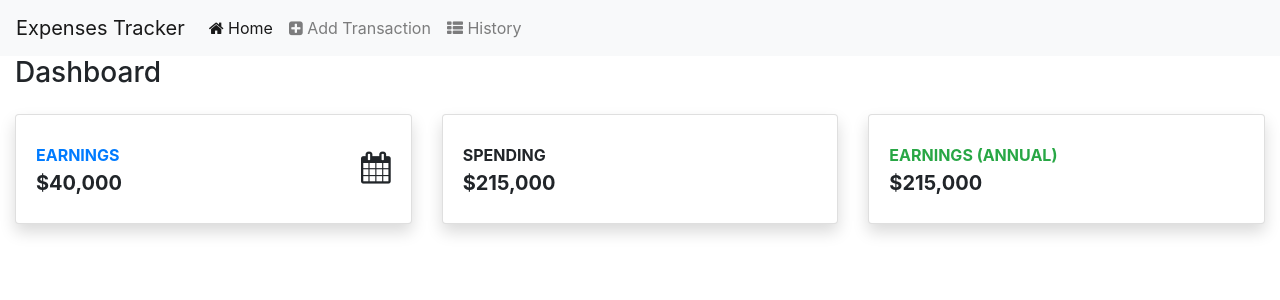
Repository: yucheng91/CI3-expenses-manager
Page: http://localhost/home
The author's editor kept a record of every edit. The page is drawn from the files as they stood at one moment, then again after the next edit.
The browser window is 1280 px wide. The pictures show the whole page.
The page is served by the project's application, run on Flask 3 (app.py). The database holds what the project's SQL file puts in it.

Above is the page before.

### templates/index.html
<!doctype html>
<html lang="en">

<head>
    <!-- Required meta tags -->
    <meta charset="utf-8">
    <meta name="viewport" content="width=device-width, initial-scale=1, shrink-to-fit=no">

    <!-- Bootstrap CSS -->
    <link rel="stylesheet" href="https://cdnjs.cloudflare.com/ajax/libs/font-awesome/4.7.0/css/font-awesome.css">
    <link rel="stylesheet" href="https://stackpath.bootstrapcdn.com/bootstrap/4.3.1/css/bootstrap.min.css" integrity="sha384-ggOyR0iXCbMQv3Xipma34MD+dH/1fQ784/j6cY/iJTQUOhcWr7x9JvoRxT2MZw1T" crossorigin="anonymous">
    <link rel="stylesheet" href="{{ url_for('static', filename='css/style.css') }}">

    <title>Hello, world!</title>
</head>

<body>
    <!--nav bar-->
    <nav class="navbar navbar-expand-sm navbar-light bg-light fixed-top">
  <a class="navbar-brand" href="#">Expenses Tracker</a>
  <button class="navbar-toggler" type="button" data-toggle="collapse" data-target="#navbarNav" aria-controls="navbarNav" aria-expanded="false" aria-label="Toggle navigation">
    <span class="navbar-toggler-icon"></span>
  </button>
  <div class="collapse navbar-collapse" id="navbarNav">
    <ul class="navbar-nav">
      <li class="nav-item active">
        <a class="nav-link" href="{{ url_for('home') }}"><i class="fa fa-home" aria-hidden="true"></i> Home</a>
      </li>
      <li class="nav-item">
        <a class="nav-link" href="{{ url_for('addtransaction') }}"><i class="fa fa-plus-square" aria-hidden="true"></i> Add Transaction</a>
      </li>
      <li class="nav-item">
        <a class="nav-link" href="{{ url_for('viewall') }}"><i class="fa fa-th-list" aria-hidden="true"></i> History</a>
      </li>
    </ul>
  </div>
    </nav>
    <!--end nav-->

<div id="content">
          <!-- Begin Page Content -->
        <div class="container-fluid">

          <!-- Page Heading -->
          <div class="d-sm-flex align-items-center justify-content-between mb-4">
            <h1 class="h3 mb-0 text-gray-800">Dashboard</h1>
          </div>

          <!-- Content Row -->
          <div class="row">

            <!-- Earnings (Monthly) Card Example -->
            <div class="col-xl-4 col-md-6 mb-4">
              <div class="card border-left-primary shadow h-100 py-2">
                <div class="card-body">
                  <div class="row no-gutters align-items-center">
                    <div class="col mr-2">
                      <div class="text-xs font-weight-bold text-primary text-uppercase mb-1">Earnings</div>
                      <div class="h5 mb-0 font-weight-bold text-gray-800">$40,000</div>
                    </div>
                    <div class="col-auto">
                      <i class="fa fa-calendar fa-2x text-gray-300"></i>
                    </div>
                  </div>
                </div>
              </div>
            </div>

            <!-- Earnings (Monthly) Card Example -->
            <div class="col-xl-4 col-md-6 mb-4">
              <div class="card border-left-warning shadow h-100 py-2">
                <div class="card-body">
                  <div class="row no-gutters align-items-center">
                    <div class="col mr-2">
                      <div class="text-xs font-weight-bold text-warnings text-uppercase mb-1">Spending</div>
                      <div class="h5 mb-0 font-weight-bold text-gray-800">$215,000</div>
                    </div>
                    <div class="col-auto">
                      <i class="fa fa-dollar-sign fa-2x text-gray-300"></i>
                    </div>
                  </div>
                </div>
              </div>
            </div>

            <!-- Earnings (Monthly) Card Example -->
            <div class="col-xl-4 col-md-6 mb-4">
              <div class="card border-left-success shadow h-100 py-2">
                <div class="card-body">
                  <div class="row no-gutters align-items-center">
                    <div class="col mr-2">
                      <div class="text-xs font-weight-bold text-success text-uppercase mb-1">Earnings (Annual)</div>
                      <div class="h5 mb-0 font-weight-bold text-gray-800">$215,000</div>
                    </div>
                    <div class="col-auto">
                      <i class="fa fa-dollar-sign fa-2x text-gray-300"></i>
                    </div>
                  </div>
                </div>
              </div>
            </div>
        <!-- /.container-fluid -->
</div>

    <script src="https://code.jquery.com/jquery-3.3.1.slim.min.js" integrity="sha384-q8i/X+965DzO0rT7abK41JStQIAqVgRVzpbzo5smXKp4YfRvH+8abtTE1Pi6jizo" crossorigin="anonymous"></script>
    <script src="https://cdnjs.cloudflare.com/ajax/libs/popper.js/1.14.7/umd/popper.min.js" integrity="sha384-UO2eT0CpHqdSJQ6hJty5KVphtPhzWj9WO1clHTMGa3JDZwrnQq4sF86dIHNDz0W1" crossorigin="anonymous"></script>
    <script src="https://stackpath.bootstrapcdn.com/bootstrap/4.3.1/js/bootstrap.min.js" integrity="sha384-JjSmVgyd0p3pXB1rRibZUAYoIIy6OrQ6VrjIEaFf/nJGzIxFDsf4x0xIM+B07jRM" crossorigin="anonymous"></script>
</body>

</html>

### app.py
from flask import Flask, render_template, request, redirect, url_for
import os
import pymysql

connection = pymysql.connect(
    host='localhost', # IP address of the database; localhost means "the local machine"
    user="yucheng91",  #the mysql user
    password="coconuty", #the password for the user
    database="expenses" #the name of database we want to use
)

#if PHP doesn't show, perform $ sudo apt-get install --reinstall libapache2-mod-php7.2

app = Flask(__name__)

@app.route('/home')
def home():
    cursor = connection.cursor(pymysql.cursors.DictCursor)
    sql = "SELECT SUM(debit) AS totaldebit FROM transaction"
    cursor.execute(sql)
    totaldebit = cursor.fetchone()

    sql = "SELECT SUM(credit) AS totalcredit FROM transaction"
    cursor.execute(sql)
    totalcredit = cursor.fetchone()

    sql = "SELECT (SELECT SUM(debit) AS sumdebit FROM transaction) - (SELECT SUM(credit) AS sumcredit FROM transaction) AS balance FROM transaction"
    cursor.execute(sql)
    balance = cursor.fetchone()
    return render_template('index.html',totaldebit = totaldebit, totalcredit = totalcredit,balance=balance)

@app.route('/view-all')
def viewall():
    cursor = connection.cursor(pymysql.cursors.DictCursor)
    sql = "SELECT * FROM transaction JOIN categories ON transaction.categoriesid = categories.id JOIN mode ON transaction.modeid = mode.id JOIN account on transaction.accountid = account.id"
    cursor.execute(sql)
    results = []
    for r in cursor:
         results.append(r)

    sql = "SELECT SUM(debit) AS totaldebit FROM transaction"
    cursor.execute(sql)
    totaldebit = cursor.fetchone()

    sql = "SELECT SUM(credit) AS totalcredit FROM transaction"
    cursor.execute(sql)
    totalcredit = cursor.fetchone()

    sql = "SELECT (SELECT SUM(debit) AS sumdebit FROM transaction) - (SELECT SUM(credit) AS sumcredit FROM transaction) AS balance FROM transaction"
    cursor.execute(sql)
    balance = cursor.fetchone()

    return render_template('transaction_overview.html', data=results,totaldebit = totaldebit, totalcredit = totalcredit,balance=balance)

@app.route('/new-transaction/', methods=["GET"])
def addtransaction():

    cursor = connection.cursor(pymysql.cursors.DictCursor)
    sql = "SELECT * FROM mode"
    # fetch all genres and store it in a list
    cursor.execute(sql)
    mode = []
    for r in cursor:
        mode.append({
            'id' : r['id'],
            'name': r['mname']
        })

    # fetch all media type and store it in a list
    sql = "SELECT * FROM categories"
    cursor.execute(sql)
    categories = []
    for r in cursor:
        categories.append({
            'id':r['id'],
            'name': r['cname']
        })

    # fetch all media type and store it in a list
    sql = "SELECT * FROM account"
    cursor.execute(sql)
    account = []
    for r in cursor:
        account.append({
            'id':r['id'],
            'name': r['aname']
        })

    sql = "SELECT * FROM tag"
    cursor.execute(sql)
    tag = []
    for r in cursor:
        tag.append({
            'id':r['id'],
            'name': r['tname']
        })

    return render_template('new_transaction.html', mode=mode, categories=categories, account=account, tag=tag)

@app.route('/new-transaction/', methods=["POST"])
def process_addtransaction():
    transaction_name = request.form.get("transaction")
    category_name = request.form.get("category")
    mode_name = request.form.get("mode")
    by_name = request.form.get("by")
    debit_name = request.form.get("debit")
    if request.form.get("debit") == "":
        debit_name = "0"

    credit_name = request.form.get("credit")
    if request.form.get("credit") == "":
        credit_name = "0"

    cursor = connection.cursor(pymysql.cursors.DictCursor)

    sql = "INSERT INTO transaction (description,categoriesid,modeid,accountid,debit,credit) VALUE (%s,%s,%s,%s,%s,%s)"
    cursor.execute(sql,[transaction_name,category_name,mode_name,by_name,debit_name,credit_name])

    transactionid = cursor.lastrowid
    tagid = request.form.getlist("tag")
    for t in tagid:
        sql = "INSERT INTO transactiontag (transactionid,tagid) VALUE (%s,%s)"
        cursor.execute(sql,[transactionid,t])

    connection.commit()
    return redirect(url_for('viewall'))

# Edit transaction
@app.route('/view-all/edit/<id>')
def edit_transaction(id):

    cursor = connection.cursor(pymysql.cursors.DictCursor)
    sql = "SELECT * FROM transaction JOIN transactiontag ON transaction.id = transactiontag.transactionid JOIN tag ON transactiontag.tagid = tag.id WHERE transaction.id = {}".format(id)
    cursor.execute(sql)
    transaction = cursor.fetchone()

    sql = "DELETE FROM transactiontag WHERE transactiontag.transactionid = {}".format(id)
    cursor.execute(sql)

    sql = "SELECT * FROM mode"
    cursor.execute(sql)
    mode = []
    for r in cursor:
        mode.append({
            'id' : r['id'],
            'name': r['mname']
        })

    sql = "SELECT * FROM categories"
    cursor.execute(sql)
    categories = []
    for r in cursor:
        categories.append({
            'id':r['id'],
            'name': r['cname']
        })

    sql = "SELECT * FROM account"
    cursor.execute(sql)
    account = []
    for r in cursor:
        account.append({
            'id':r['id'],
            'name': r['aname']
        })

    sql = "SELECT * FROM tag"
    cursor.execute(sql)
    tag = []
    for r in cursor:
        tag.append({
            'id':r['id'],
            'name': r['tname']
        })

    return render_template('edit_transaction.html', transaction = transaction, mode=mode, categories=categories, account=account, tag=tag)

@app.route('/view-all/edit/<id>', methods=['POST'])
def update_transaction(id):
    transaction_name = request.form.get("transaction")
    category_name = request.form.get("category")
    mode_name = request.form.get("mode")
    by_name = request.form.get("by")
    debit_name = request.form.get("debit")
    if request.form.get("debit") == "":
        debit_name = "0"

    credit_name = request.form.get("credit")
    if request.form.get("credit") == "":
        credit_name = "0"

    cursor = connection.cursor(pymysql.cursors.DictCursor)

    cursor.execute("UPDATE transaction SET description = '{}',categoriesid = '{}',modeid = '{}',accountid = '{}',debit = '{}',credit = '{}' WHERE id = {}".format(transaction_name,category_name,mode_name,by_name,debit_name,credit_name,id))

    tagid = request.form.getlist("tag")
    for t in tagid:
        sql = "INSERT INTO transactiontag (transactionid,tagid) VALUE (%s,%s)"
        cursor.execute(sql,[id,t])

    connection.commit()
    return redirect(url_for('viewall'))

@app.route('/view-all/delete/<id>')
def confirm_delete_transaction(id):
    cursor = connection.cursor(pymysql.cursors.DictCursor)
    sql = "SELECT * FROM transaction JOIN categories ON transaction.categoriesid = categories.id JOIN mode ON transaction.modeid = mode.id JOIN account on transaction.accountid = account.id WHERE transaction.id = {}".format(id)
    cursor.execute(sql)
    transaction = cursor.fetchone()

    return render_template('delete_transaction.html', transaction = transaction)

@app.route('/view-all/delete/<id>', methods=['POST'])
def delete_transaction(id):
    cursor = connection.cursor(pymysql.cursors.DictCursor)
    sql = "DELETE FROM transactiontag WHERE transactiontag.transactionid = {}".format(id)
    cursor.execute(sql)

    sql = "DELETE FROM transaction WHERE transaction.id = {}".format(id)
    cursor.execute(sql)

    connection.commit()
    return redirect(url_for('viewall'))

# "magic code" -- boilerplate
if __name__ == '__main__':
    app.run(host=os.environ.get('IP'),
            port=int(os.environ.get('PORT')),
            debug=True)

### static/css/style.css
img {
    width:75%;
    margin-left:auto;
    margin-right:auto;
}

#content {
    padding-top:56px;
}

.btn {
    margin:3px;
}

@media (max-width: 255px){
body {
    font-size:90%;
}
}

@media (max-width: 255px){

#content{
padding-top:96px;
}

body {
    font-size:80%;
}
}

### database.sql (the tables this page reads)
CREATE TABLE `transaction` (
  `id` int(11) NOT NULL AUTO_INCREMENT,
  `description` text CHARACTER SET utf8 NOT NULL,
  `debit` decimal(11,2) DEFAULT '0.00',
  `credit` decimal(11,2) DEFAULT '0.00',
  `createdAt` timestamp NOT NULL DEFAULT CURRENT_TIMESTAMP ON UPDATE CURRENT_TIMESTAMP,
  `accountid` int(11) NOT NULL,
  `categoriesid` int(11) NOT NULL,
  `modeid` int(11) NOT NULL,
  PRIMARY KEY (`id`),
  KEY `accountid` (`accountid`),
  KEY `categoriesid` (`categoriesid`),
  KEY `modeid` (`modeid`),
  CONSTRAINT `transaction_ibfk_1` FOREIGN KEY (`accountid`) REFERENCES `account` (`id`),
  CONSTRAINT `transaction_ibfk_2` FOREIGN KEY (`categoriesid`) REFERENCES `categories` (`id`),
  CONSTRAINT `transaction_ibfk_3` FOREIGN KEY (`modeid`) REFERENCES `mode` (`id`)
) ENGINE=InnoDB AUTO_INCREMENT=19 DEFAULT CHARSET=latin1;

INSERT INTO `transaction` VALUES (1,'Code Institute : Income of the month July 2019',3500.00,0.00,'2019-08-22 07:41:18',1,9,1),(2,'SIM HQ Income of the Month : July 2019',3500.00,0.00,'2019-08-05 04:13:11',2,9,5),(3,'Taxi Taxi',0.00,40.00,'2019-08-23 05:56:58',1,4,3),(13,'Lunch Money for Brother\'s Dew school',0.00,40.00,'2019-08-20 08:15:28',1,3,1),(14,'RWS Day trip',0.00,154.00,'2019-08-20 08:17:02',2,7,3),(15,'New backpack',0.00,0.00,'2019-08-26 07:39:22',1,1,1),(16,'Test tag 1',0.00,10.00,'2019-08-27 06:24:42',1,1,1),(17,'test tag 2',0.00,20.00,'2019-08-27 06:24:58',1,1,1),(18,'test 1 + 2 ',0.00,0.00,'2019-08-27 06:55:37',2,7,3);

After the next edit:
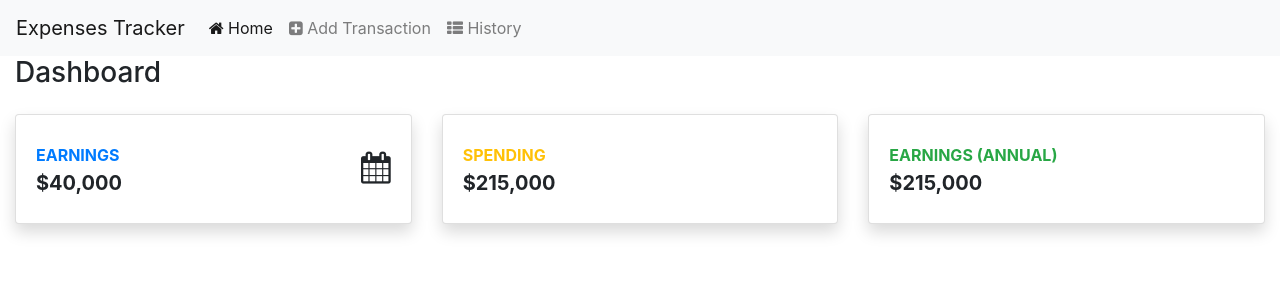
The edit:
--- a/templates/index.html
+++ b/templates/index.html
@@ -72,7 +72,7 @@
                 <div class="card-body">
                   <div class="row no-gutters align-items-center">
                     <div class="col mr-2">
-                      <div class="text-xs font-weight-bold text-warnings text-uppercase mb-1">Spending</div>
+                      <div class="text-xs font-weight-bold text-warning text-uppercase mb-1">Spending</div>
                       <div class="h5 mb-0 font-weight-bold text-gray-800">$215,000</div>
                     </div>
                     <div class="col-auto">
